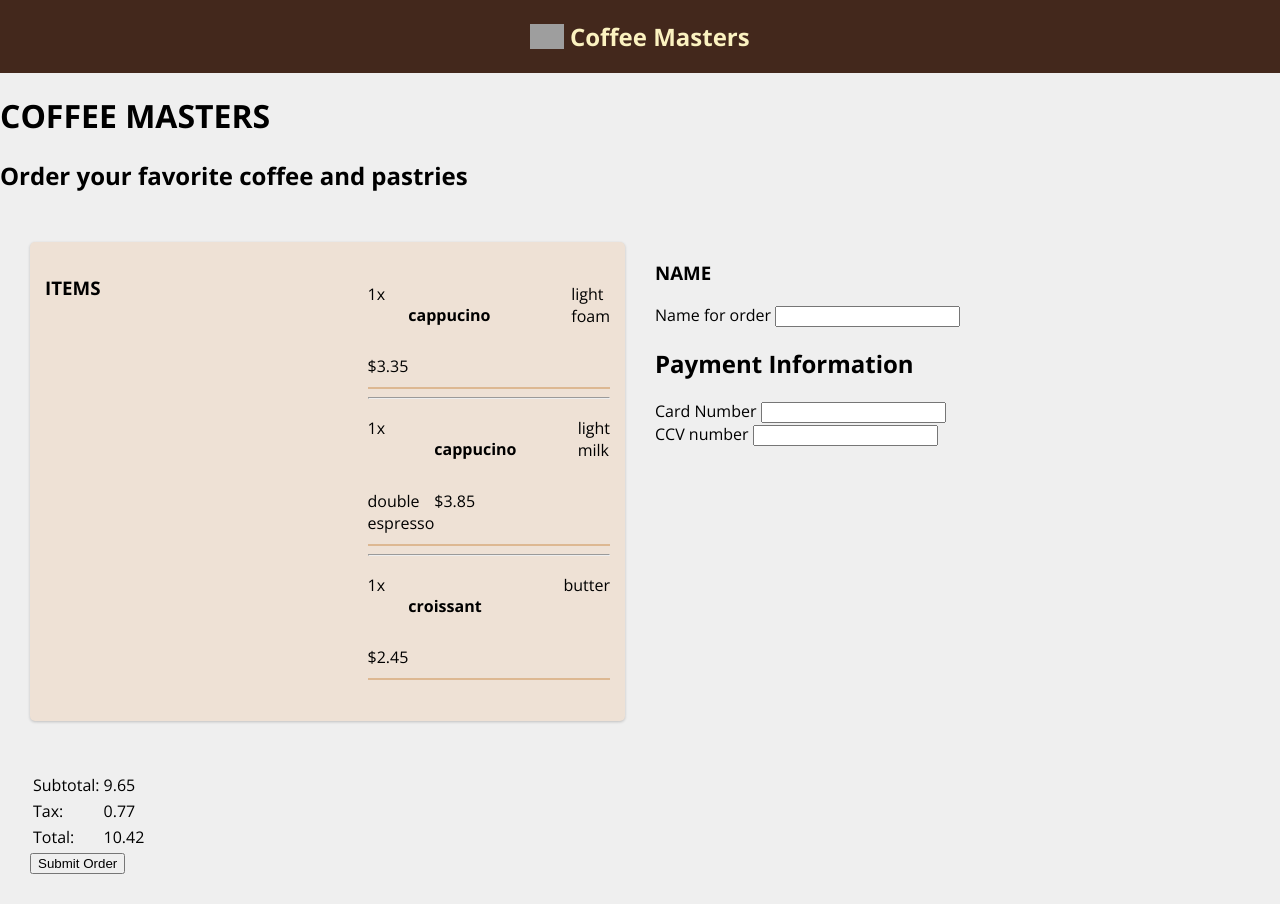
Repository: RkBeau/coffe_fm
Page: index.html
These files come from the project's save history. The page is drawn as it stood at one moment and after the next save; the edit follows.
The browser window is 1280 px wide. The pictures show the whole page.
Pictures or frames that could not be fetched are drawn as grey boxes.

Above is the page before, as saved 2024-04-18 05:07:41.

### index.html
<!DOCTYPE html>
<html lang="en">
<head>
    <meta charset="UTF-8">
    <title>Home</title>
    <meta name="viewport" content="width=device-width, initial-scale=1.0">
    <link rel="preconnect" href="https://fonts.googleapis.com">
    <link rel="preconnect" href="https://fonts.gstatic.com" crossorigin="">
    <link href="https://fonts.googleapis.com/css2?family=Open+Sans:wght@400;700&amp;display=swap" rel="stylesheet">
    <link rel="stylesheet" href="styles.css">
</head>
    <body>
        <nav class="main-nav">
            <h1 class="brand">
              <img
                src="https://btholt.github.io/complete-intro-to-web-dev-v3/images/coffee_masters_logo.png"
                alt="coffee masters logo"
                class="logo"
              />
              Coffee Masters
            </h1>
          </nav>
        <header>
            <h1>COFFEE MASTERS</h1>
            <h2>Order your favorite coffee and pastries</h2>
        </header>
        <main>
            <section class="orderbox">
                <div class="items-ordered">
                    <h3 id="items">ITEMS</h3>
                    <ul class="selected-items">
                        <li class="item">1x<h4>cappucino</h4>
                            <div class="garnish">light foam</div>
                            <div -class="price">$3.35</div>
                        </li>
                        <hr>
                        <li class="item">1x<h4>cappucino</h4>
                            <div class="garnish">light milk</div>
                            <div class="coffee-mod">double espresso</div>
                            <div class="price">$3.85</div>
                        </li>
                        <hr>
                        <li class="item">1x<h4>croissant</h4>
                            <div class="garnish">butter</div>
                            <div class="price">$2.45</div>
                        </li>
                    </ul>
                </div>
            </section>
            <section class="info">
                <div class="customer-info">
                    <h3 class="name">NAME</h3>
                    <div class="input-group">
                        <label class="user-input-label" for="name">Name for order</label>
                        <input type="text" class="user-input" id="name">
                    </div>
                </div>
                <div class="cc-info">
                    <h2 class="box-title">Payment Information</h2>
                    <div class="input-group">
                        <label class="user-input-label" for="cc">Card Number</label>
                        <input type="text" class="user-input" id="cc">
                        <div class="input-group">
                            <label class="user-input-label" for="ccv">CCV number</label>
                            <input type="text" class="user-input short-input" id="ccv">
                        </div>
                    </div>
                </div>
            </section>
            <section class="order-total">
                <table class="totals-tab">
                    <tbody>
                        <tr>
                            <td>Subtotal:</td>
                            <td>9.65</td>
                        </tr>
                        <tr>
                            <td>Tax:</td>
                            <td>0.77</td>
                        </tr>
                        <tr class="final-total:">
                            <td>Total:</td>
                            <td>10.42</td>
                        </tr>
                    </tbody>
                </table>
                <button class="checkout-btn" type="submit">Submit Order</button>
            </section>
        </main>
    </body>
</html>

### styles.css
* {
    box-sizing: border-box;
}

body {
    margin: 0;
    padding: 0;
    background-color: #efefef;
    font-family: 'Open Sans', sans-serif;
}

main {
    display: grid;
    row-gap: 30px;
    column-gap: 30px;
    width: 100%;
    padding: 30px;
    margin: 0 auto;
    grid-template-areas:
        "order payment"
        "order-total"
        "final-total";
    grid-template-columns: 1fr 1fr;;
}

.main-nav {
    background-color: #43281c;
    color: #fbf2c0;
    font-size: 16px;
    display: flex;
    align-items: center;
    justify-content: center;
    font-weight: normal;
}

.logo {
    height:25px;
    position: relative;
    top:3px;
}

.orderbox {
    background-color: #eee1d5;
    border-radius: 5px;
    box-shadow: 0 1px 3px rgb(0 0 0 / 20%);
    padding: 15px;
    margin-bottom: 20px;
    width: 100%;
}

.items-ordered {
    display: grid;
    row-gap: 10px;
    grid-template-columns: 1fr 1fr;
    grid-template-areas:
        "item item"
        "item item";
}

.item{
    border-bottom: 2px solid #ddb892;
    display: grid;
    padding:10px 0;
    grid-template-columns: 1fr 8fr 1fr;
    grid-template-areas:
        "item price"
        "garnish coffee mod";
    row-gap: 8px;
}
}

After the next save:
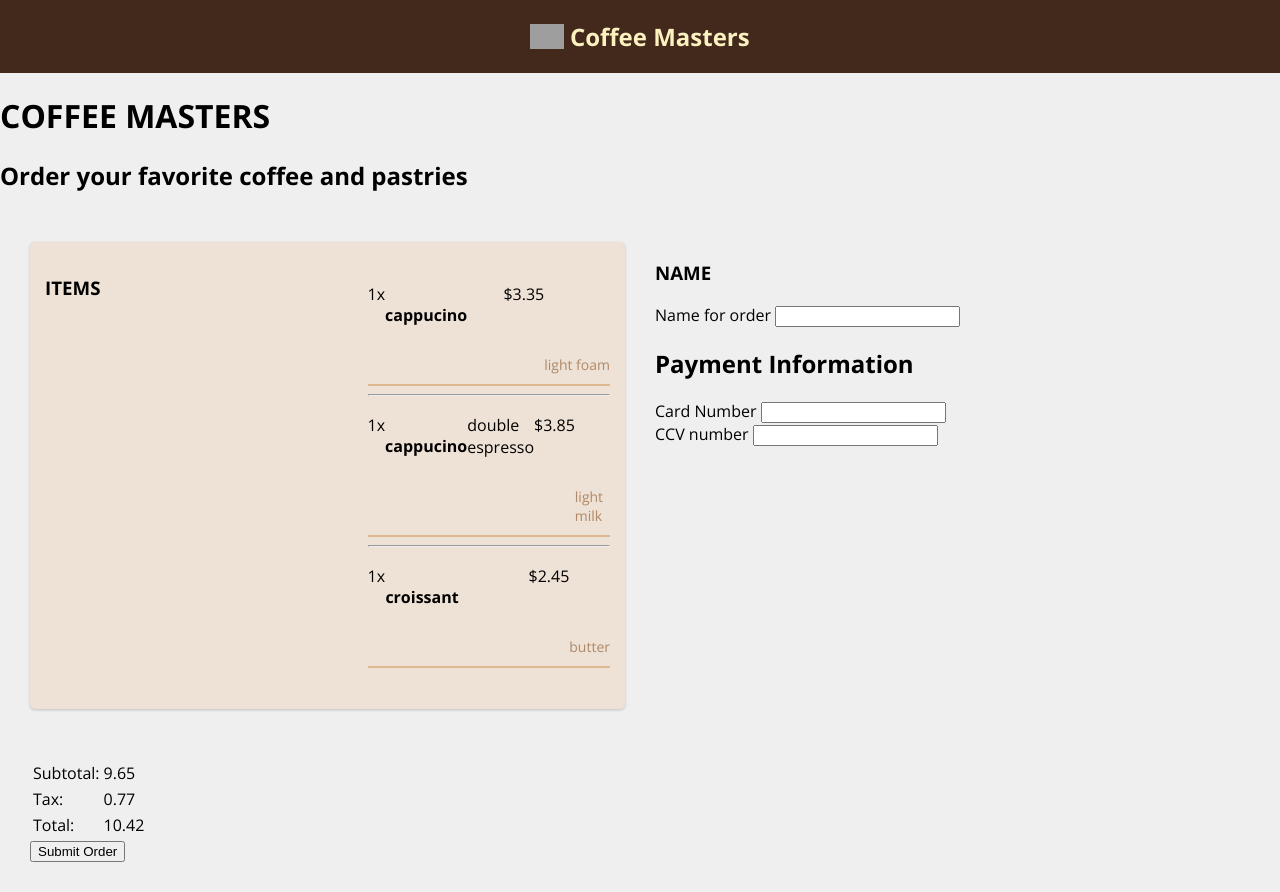
Saved 3 min 11 s later.
--- a/styles.css
+++ b/styles.css
@@ -67,4 +67,13 @@ main {
         "garnish coffee mod";
     row-gap: 8px;
 }
+
+.garnish {
+    grid-area: garnish;
+    color: #b08968;
+    list-style: none;
+    margin: 0;
+    padding:0;
+    font-size: 14px;
 }
+}
